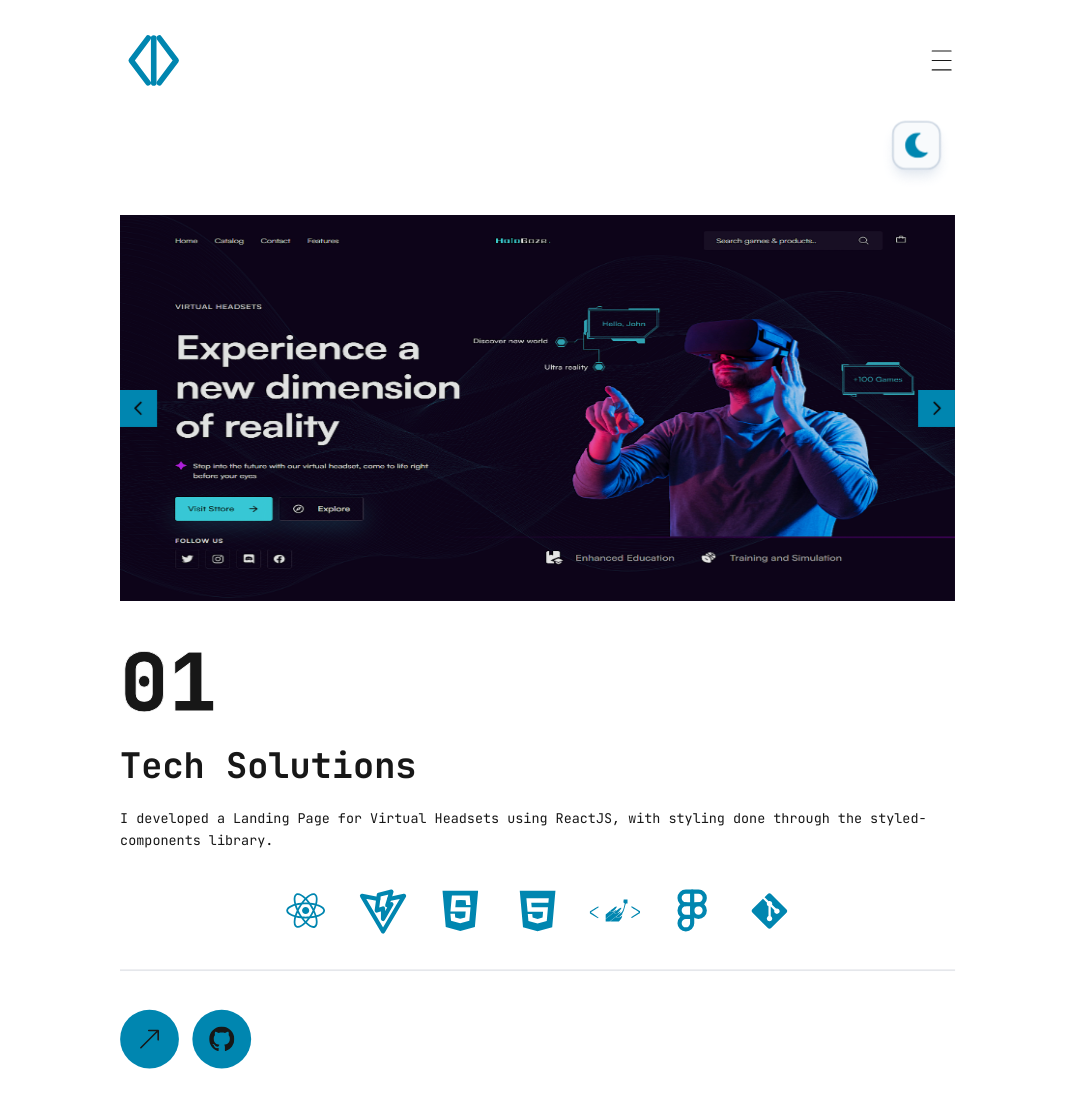
Repository: sergioscker/sergio-portfolio
Page: /work
The author's editor kept a copy of each file at every save. The page is drawn from the files as they stood at one save, then again after the next save.
The browser window is 1280 px wide. The pictures show the whole page, at 84% of full size.
The project was rebuilt for these pictures with package versions that can differ from the ones it lists, and the page was loaded fresh each time. The framework's server and built-in components were replaced by stand-ins that run in the browser. Also part of the build but not shown: next.config.mjs.

Above is the page before, as saved 2025-04-29 15:07:42.

After the next save:
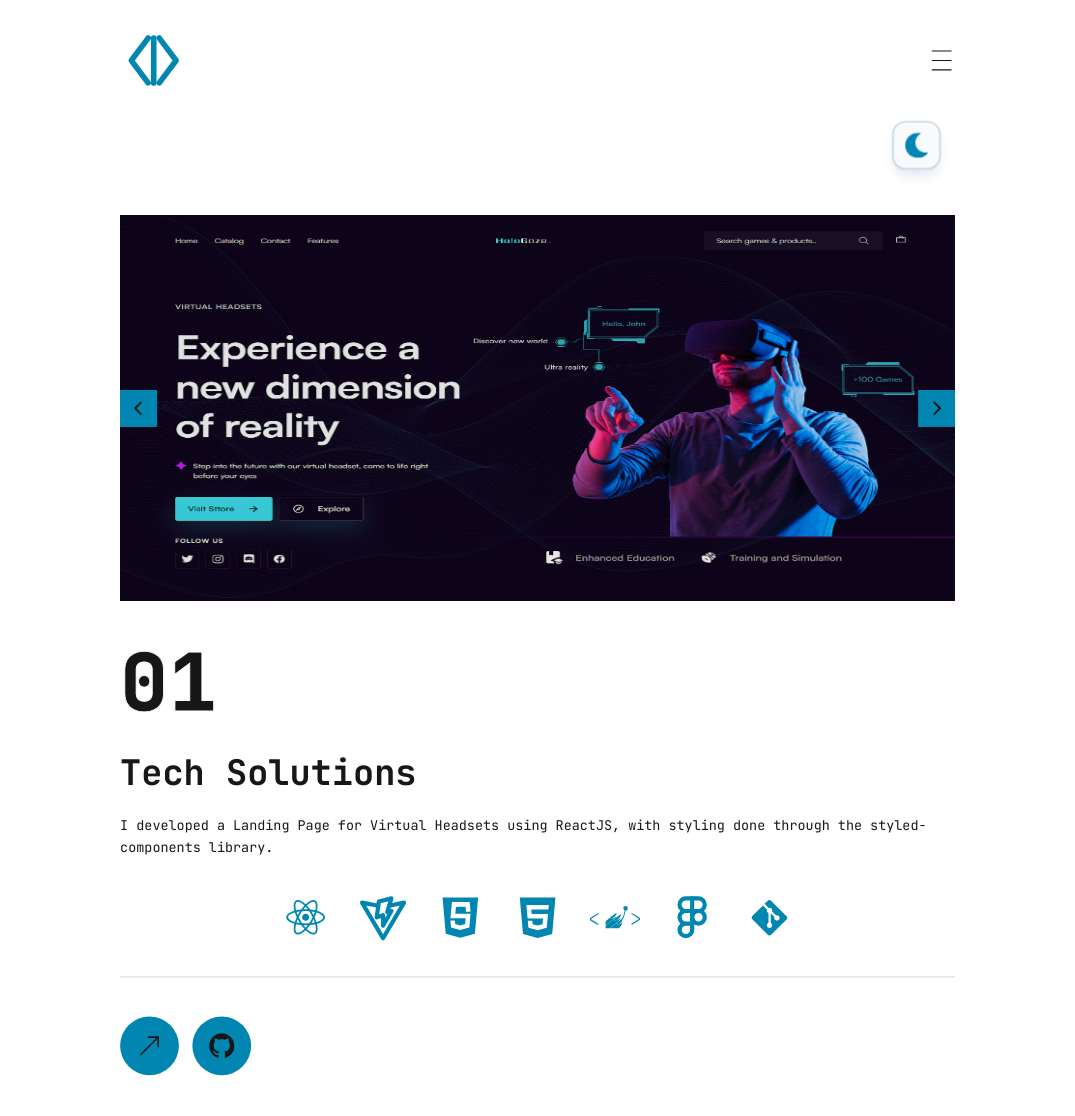
Saved 42 s later.
--- a/app/work/page.jsx
+++ b/app/work/page.jsx
@@ -274,7 +274,7 @@ const Work = () => {
           >
             <div className="flex flex-col gap-[30px] h-[50%]">
               {/* outline id */}
-              <div className="text-8xl leanding-none font-extrabold dark:text-transparent text-outline">
+              <div className="text-8xl leanding-none font-extrabold dark:text-transparent text-outline mb-2">
                 {project.id}
               </div>
 
